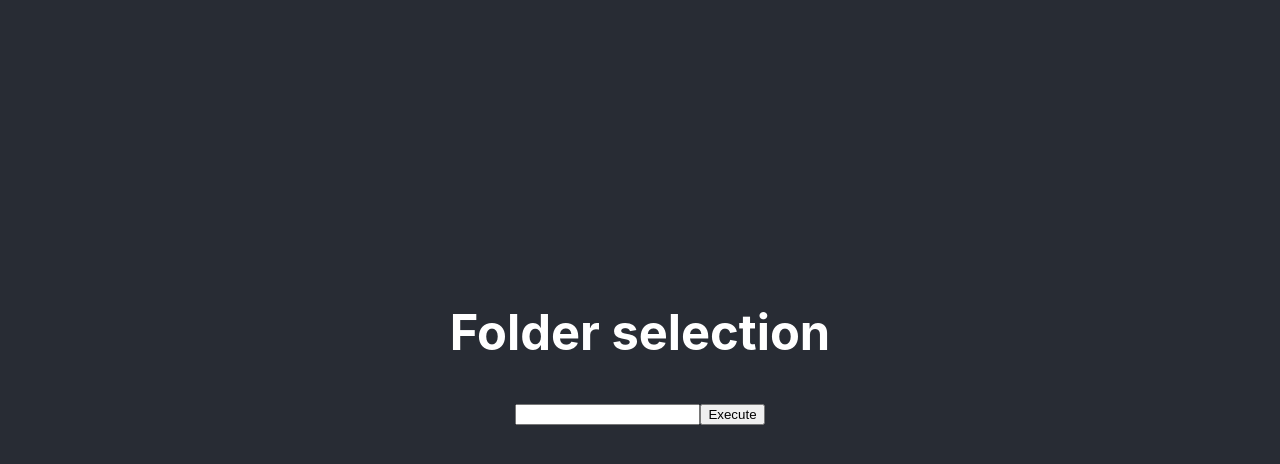
Repository: idubi/DevopsCourse
Page: / (app in lesson03/assignment/client/)
These files come from the project's save history. The page is drawn as it stood at one moment and after the next save; the edit follows.
The browser window is 1280 px wide. The pictures show the whole page.
The project was rebuilt for these pictures with package versions that can differ from the ones it lists, and the page was loaded fresh each time.

Above is the page before, as saved 2023-06-07 00:59:39.

After the next save:
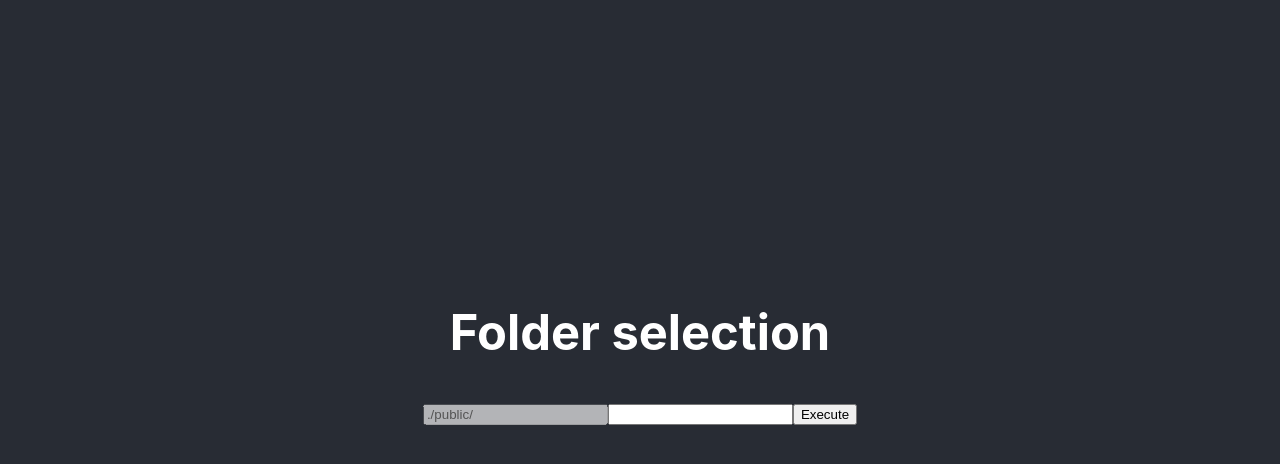
Saved 8 days later.
--- a/lesson03/assignment/client/src/components/FilesBrowser.js
+++ b/lesson03/assignment/client/src/components/FilesBrowser.js
@@ -18,6 +18,7 @@ function FileBrowser() {
   return (
     <div>
       <h1>Folder selection</h1>
+      <input type="text" value="./public/" disabled />
       <input type="text" value={path} onChange={handlePathChange} />
       <button onClick={handleExecute}>Execute</button>
       <pre>{response}</pre>
